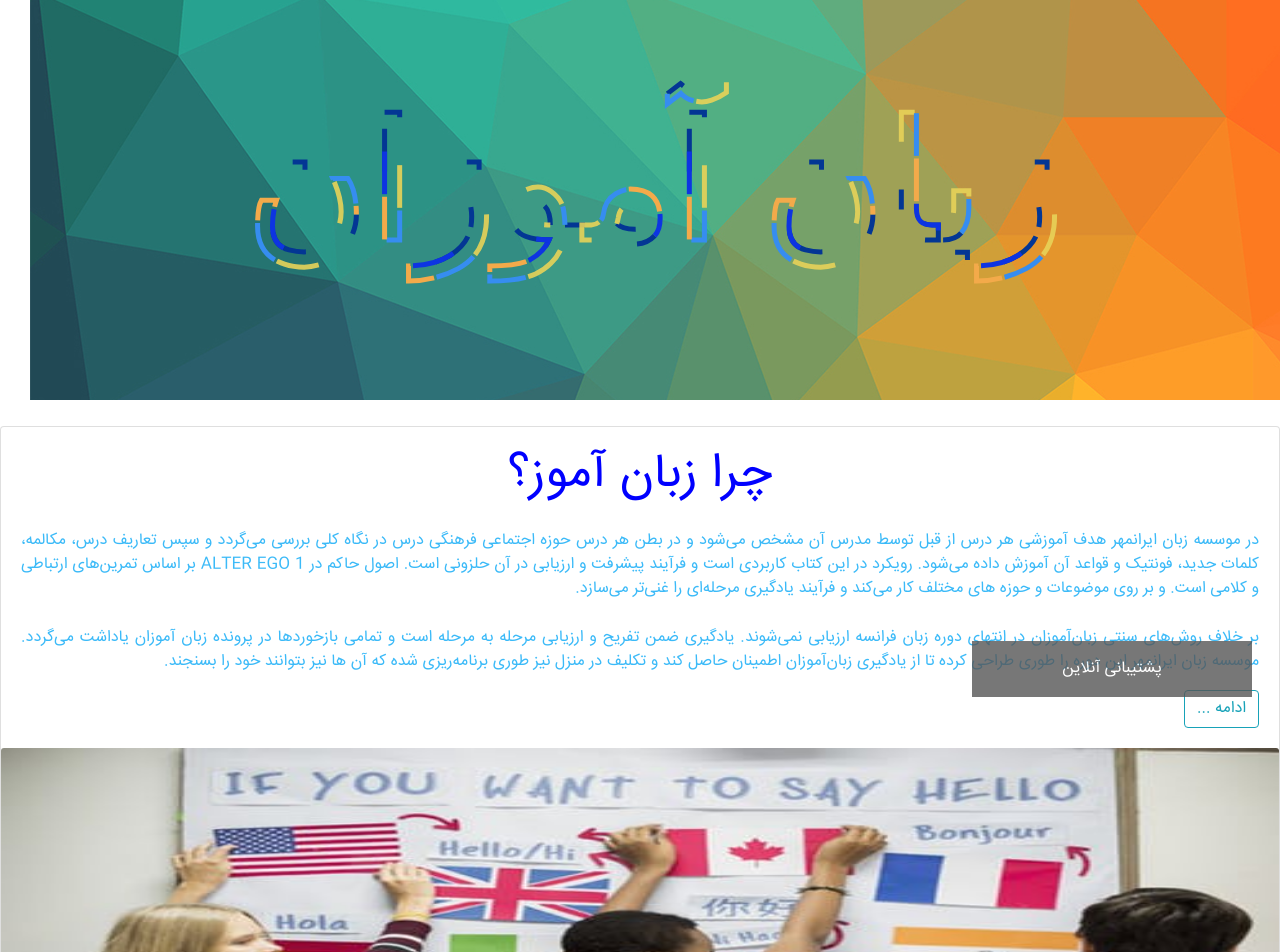
Repository: nikmahla/ZabanAmozan
Page: LanguageWebSite.html
These files come from the project's save history. The page is drawn as it stood at one moment and after a run of saves; the edit follows.
The browser window is 1280 px wide. The pictures show the part of the page from y = 0 to 952 px (the page is 3961 px tall).
A picture or video elsewhere on the page could not be fetched, so the positions and the page height are approximate.

Above is the page before, as saved 2019-10-11 22:28:31.
Console error: SyntaxError: Unexpected end of input

After the next 2 saves:
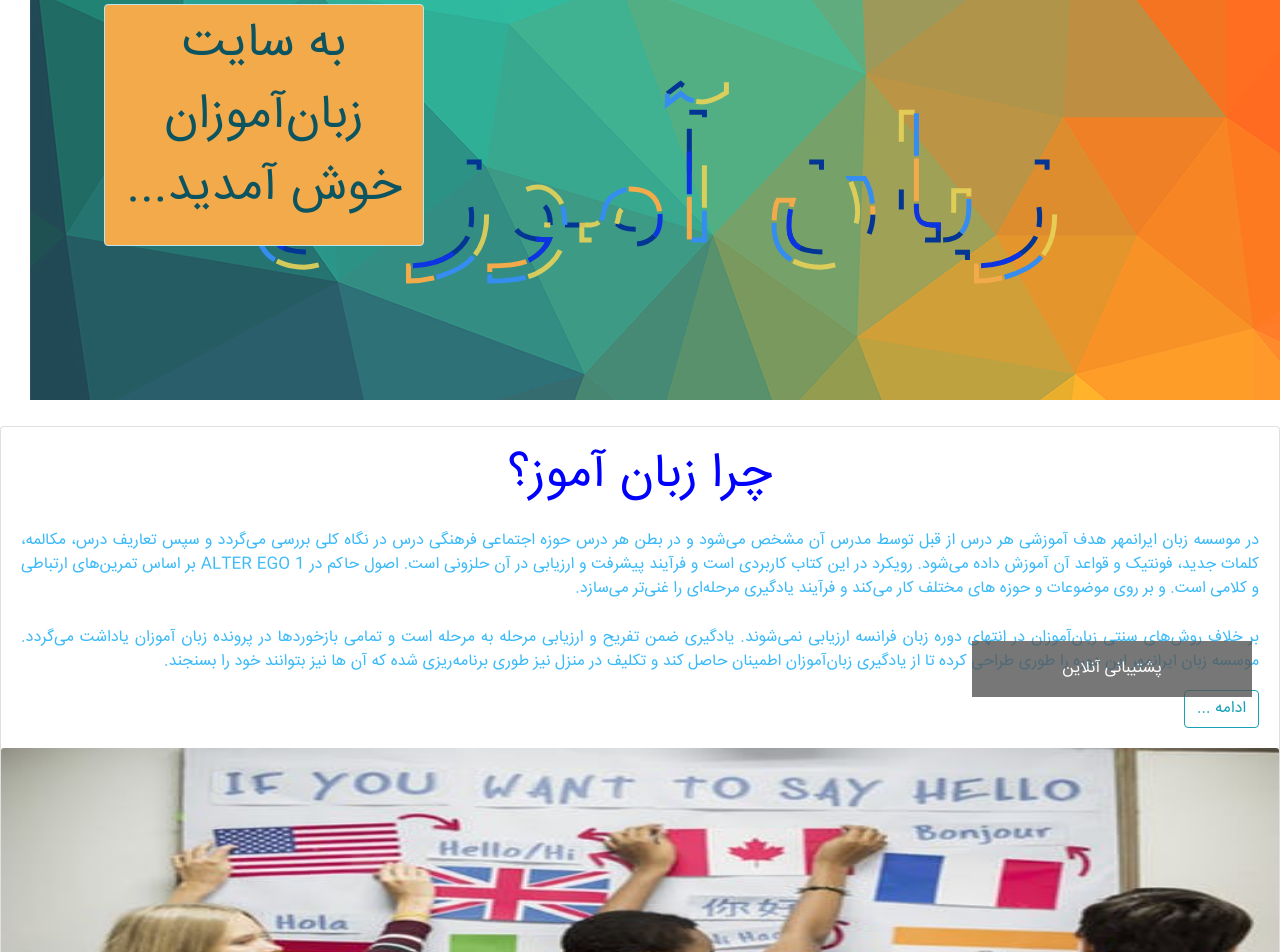
The error is gone.
The 2 saves are shown as one change because they came seconds apart.
The last was saved 54 s later.
--- a/LanguageWebSite.html
+++ b/LanguageWebSite.html
@@ -302,12 +302,12 @@
         $(document).ready(function () {
             setTimeout(function () {
                 $('#alert').slideDown('slow');
-                $('#alert').click(function () {
-                    var alert = $('#alert');
-                    alert.animate({ left: '100px' }, "slow");
-                    alert.animate({ fontSize: '3em' }, "slow");
-                }, 1500);
-            })
+
+                var alert = $('#alert');
+                alert.animate({ left: '100px' }, "slow");
+                alert.animate({ fontSize: '3em' }, "slow");
+            }, 1500);
+        })
         // $(document).ready(function () {
         //     setTimeout(function () {
         //         $('#alert').hide();
